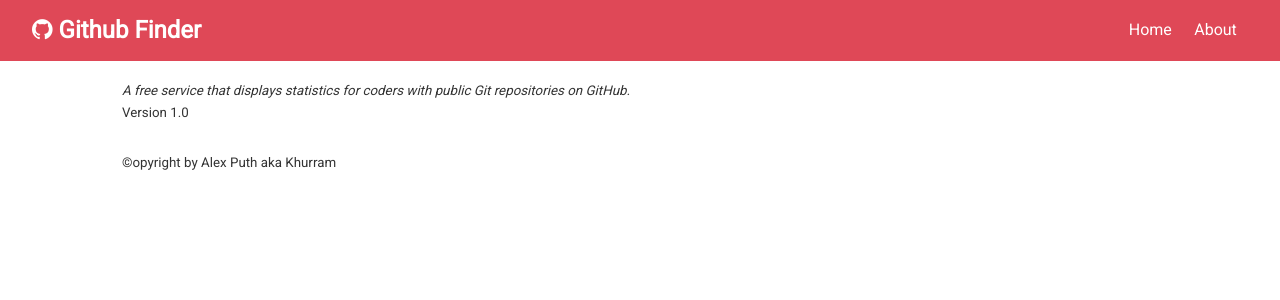
Repository: Abbaskhurram255/github-finder
Page: /about
These files come from the project's save history. The page is drawn as it stood at one moment and after a run of saves; the edit follows.
The browser window is 1280 px wide. The pictures show the whole page.
The page's requests for data from a server got no answer. The project was rebuilt for these pictures with package versions that can differ from the ones it lists, and the page was loaded fresh each time. No one was signed in, and anything a server would have sent is missing. Also part of the build but not shown: src/components/repos/RepoItem.js, src/components/repos/Repos.js, src/components/users/User.js, src/components/layout/Alert.js, src/components/users/Search.js, src/components/users/UserItem.js, src/components/users/Users.js, src/components/pages/Home.js and 1 more. Imported but missing from the stored project, and not drawn on this page: src/components/layout/Spinner.

Above is the page before, as saved 2020-12-19 22:13:01.

### public/index.html
<!DOCTYPE html>
<html lang="en">
  <head>
    <meta charset="utf-8" />
    <link rel="icon" href="%PUBLIC_URL%/favicon.ico" />
    <meta name="viewport" content="width=device-width, initial-scale=1" />
    <meta name="theme-color" content="#000000" />
    <meta
      name="description"
      content="Web site created using create-react-app"
    />
    <link rel="apple-touch-icon" href="%PUBLIC_URL%/logo192.png" />
    <link rel="manifest" href="%PUBLIC_URL%/manifest.json" />
    <link
      href="https://stackpath.bootstrapcdn.com/font-awesome/4.7.0/css/font-awesome.min.css"
      rel="stylesheet"
      integrity="sha384-wvfXpqpZZVQGK6TAh5PVlGOfQNHSoD2xbE+QkPxCAFlNEevoEH3Sl0sibVcOQVnN"
      crossorigin="anonymous"
    />
    <title>GitHub Finder</title>
  </head>
  <body>
    <noscript>You need to enable JavaScript to run this app.</noscript>
    <div id="root"></div>
  </body>
</html>

### src/App.js
import React, { useState } from 'react';
import { BrowserRouter as Router, Switch, Route } from 'react-router-dom';
import Navbar from './components/layout/Navbar';
import User from './components/users/User';
import Alert from './components/layout/Alert';
import Home from './components/pages/Home';
import NotFound from './components/pages/NotFound';
import About from './components/pages/About';

import GithubState from './context/github/GithubState';
import AlertState from './context/alert/AlertState';

import './App.css';

const App = () => {
  useState(null);

  return (
    <GithubState>
      <AlertState>
        <Router>
          <div className="app">
            <Navbar title="Github Finder" icon="fa fa-github" />
            <div className="container">
              <Alert />
              <Switch>
                <Route exact path="/" component={Home} />
                <Route exact path="/about" component={About} />
                <Route exact path="/user/:login" component={User} />
                <Route component={NotFound} />
              </Switch>
            </div>
          </div>
        </Router>
      </AlertState>
    </GithubState>
  );
};

export default App;

### src/components/layout/Navbar.js
import React from 'react';
import PropTypes from 'prop-types';
import { Link } from 'react-router-dom';

const Navbar = ({ icon, title }) => {
  return (
    <nav className="navbar bg-primary">
      <h1>
        <i className={icon} aria-hidden="true"></i> {title}
      </h1>
      <ul>
        <li>
          <Link to="/">Home</Link>
        </li>
        <li>
          <Link to="/about">About</Link>
        </li>
      </ul>
    </nav>
  );
};

Navbar.defaultProps = {
  title: 'Github Finder',
  icon: 'fa fa-github'
};

Navbar.propTypes = {
  title: PropTypes.string.isRequired,
  icon: PropTypes.string.isRequired
};

export default Navbar;

### src/components/pages/About.js
import React, { Fragment } from 'react';

const About = () => {
  return (
    <Fragment>
      <small><em>A free service that displays statistics for coders with public Git repositories on GitHub.</em><br /><p>Version 1.0</p></small><br />
      <small id='ab'>&copy;opyright by Alex Puth aka Khurram</small>
    </Fragment>
  );
};

export default About;

### src/context/github/GithubState.js
import React, { useReducer } from 'react';
import axios from 'axios';
import GithubContext from './githubContext';
import GithubReducer from './githubReducer';
import {
  SEARCH_USERS,
  SET_LOADING,
  CLEAR_USERS,
  GET_USER,
  GET_REPOS
} from '../types';

let githubClientId;
let githubClientSecret;

if (process.env.NODE_ENV !== 'production') {
  githubClientId = process.env.REACT_APP_GITHUB_CLIENT_ID;
  githubClientSecret = process.REACT_APP_GITHUB_CLIENT_SECRET;
} else {
  githubClientId = process.env.GITHUB_CLIENT_ID;
  githubClientSecret = process.GITHUB_CLIENT_SECRET;
}

const GithubState = props => {
  const initialState = {
    users: [],
    user: {},
    repos: [],
    loading: false
  };

  const [state, dispatch] = useReducer(GithubReducer, initialState);
  // Search Users
  const searchUsers = async text => {
    setLoading();

    const res = await axios.get(
      `https://api.github.com/search/users?q=${text}&client_id=${githubClientId}&client_secret=${githubClientSecret})`
    );

    dispatch({
      type: SEARCH_USERS,
      payload: res.data.items
    });
  };

  // Get User
  const getUser = async username => {
    setLoading();

    const res = await axios.get(
      `https://api.github.com/users/${username}?client_id=${githubClientId}&client_secret=${githubClientSecret})`
    );

    dispatch({
      type: GET_USER,
      payload: res.data
    });
  };

  // Get Repos
  const getUserRepos = async username => {
    setLoading();

    const res = await axios.get(
      `https://api.github.com/users/${username}/repos?per_page=5&sort=created:asc&client_id=${githubClientId}&client_secret=${githubClientSecret})`
    );

    dispatch({
      type: GET_REPOS,
      payload: res.data
    });
  };

  // Clear Users
  const clearUsers = () =>
    dispatch({
      type: CLEAR_USERS
    });

  // Set Loading
  const setLoading = () => dispatch({ type: SET_LOADING });

  return (
    <GithubContext.Provider
      value={{
        users: state.users,
        user: state.user,
        repos: state.repos,
        loading: state.loading,
        searchUsers,
        clearUsers,
        getUser,
        getUserRepos
      }}
    >
      {props.children}
    </GithubContext.Provider>
  );
};

export default GithubState;

### src/context/alert/AlertState.js
import React, { useReducer } from 'react';

import AlertContext from './alertContext';
import AlertReducer from './alertReducer';
import { SET_ALERT, REMOVE_ALERT } from '../types';

const AlertState = props => {
  const initialState = null;

  const [state, dispatch] = useReducer(AlertReducer, initialState);

  // Set Alert
  const setAlert = (msg, type) => {
    dispatch({
      type: SET_ALERT,
      payload: { msg, type }
    });

    setTimeout(() => dispatch({ type: REMOVE_ALERT }), 5000);
  };

  return (
    <AlertContext.Provider
      value={{
        alert: state,
        setAlert
      }}
    >
      {props.children}
    </AlertContext.Provider>
  );
};

export default AlertState;

### src/context/github/githubReducer.js
import {
  SEARCH_USERS,
  SET_LOADING,
  CLEAR_USERS,
  GET_USER,
  GET_REPOS
} from '../types';

export default (state, action) => {
  switch (action.type) {
    case SEARCH_USERS:
      return {
        ...state,
        users: action.payload,
        loading: false
      };
    case GET_USER:
      return {
        ...state,
        user: action.payload,
        loading: false
      };
    case CLEAR_USERS:
      return {
        ...state,
        users: [],
        loading: false
      };
    case GET_REPOS:
      return {
        ...state,
        repos: action.payload,
        loading: false
      };
    case SET_LOADING:
      return {
        ...state,
        loading: true
      };
    default:
      return state;
  }
};

Loaded but not shown: src/index.js (common file); src/App.css (common file); src/context/github/githubContext.js (common file); src/context/alert/alertContext.js (common file); src/context/types.js (common file); src/context/alert/alertReducer.js (common file)

After the next 2 saves:
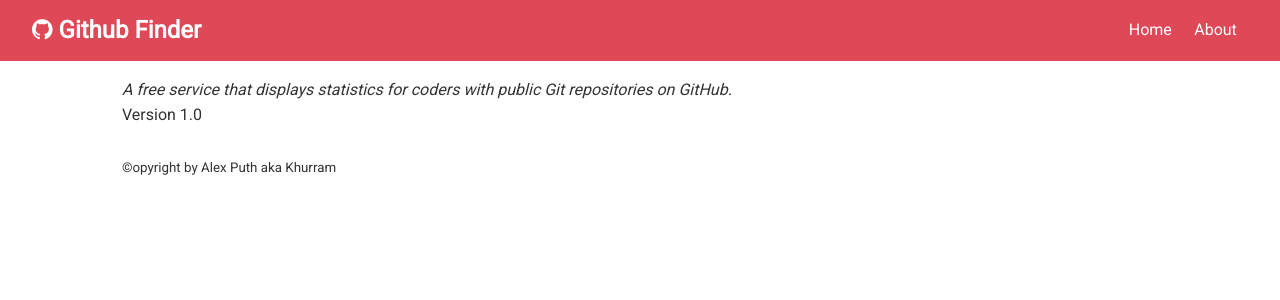
The 2 saves are shown as one change because 1 did not build or start.
The last was saved 15 s later.
--- a/src/components/pages/About.js
+++ b/src/components/pages/About.js
@@ -3,7 +3,7 @@
 const About = () => {
   return (
     <Fragment>
-      <small><em>A free service that displays statistics for coders with public Git repositories on GitHub.</em><br /><p>Version 1.0</p></small><br />
+      <em>A free service that displays statistics for coders with public Git repositories on GitHub.</em><br /><p>Version 1.0</p><br />
       <small id='ab'>&copy;opyright by Alex Puth aka Khurram</small>
     </Fragment>
   );
